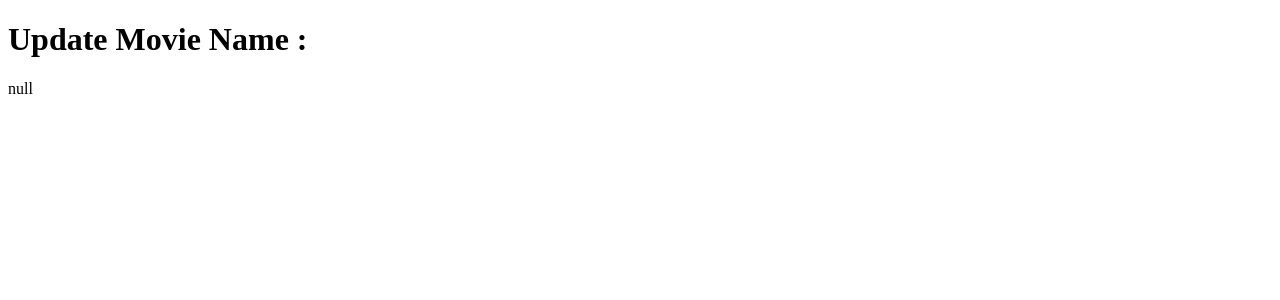
Repository: PEICHI26/Cinema
Page: http://localhost/Cinema/UpdateName.jsp
The author's editor kept a copy of each file at every save. The page is drawn from the files as they stood at one save, then again after the next save.
The browser window is 1280 px wide. The pictures show the whole page.
The page is served by Tomcat 9. Nobody is signed in. The application's start-up code is not run. Other server files are loaded and not shown.

Above is the page before, as saved 2021-12-18 08:55:46.

### Cinema/src/main/webapp/UpdateName.jsp
<%@ page language="java" contentType="text/html; charset=UTF-8"
    pageEncoding="UTF-8"%>
<!DOCTYPE html>
<html>
<head>
<meta charset="UTF-8">
<title>Update Result</title>
</head>
<body>
<jsp:useBean id="updateName" class="tw.cinema.model.Movie" scope="session" />
<h1>Update Movie Name :</h1>
<p><jsp:getProperty name="updateName" property="movie_Name" /></p>
</body>
</html>

### Cinema/src/main/java/tw/cinema/model/Movie.java
package tw.cinema.model;

import java.io.Serializable;
import java.util.Date;

import javax.persistence.Column;
import javax.persistence.Entity;
import javax.persistence.GeneratedValue;
import javax.persistence.GenerationType;
import javax.persistence.Id;
import javax.persistence.Table;

@Entity
@Table(name = "movie")
public class Movie implements Serializable {

	@Id
	@GeneratedValue(strategy = GenerationType.IDENTITY)
	@Column(name = "movie_No")
	private int movie_No;

	@Column(name = "movie_Name")
	private String movie_Name;

	@Column(name = "movie_Date")
	private Date movie_Date;

	@Column(name = "movie_Length")
	private int movie_Length;

	@Column(name = "type")
	private String type;

	@Column(name = "grading")
	private String grading;

	@Column(name = "release")
	private String release;

	@Column(name = "director")
	private String director;

	@Column(name = "actor")
	private String actor;

	@Column(name = "intro")
	private String intro;

	public Movie() {
		super();
	}

	public Movie(String movie_Name, Date movie_Date, int movie_Length, String type, String grading, String release,
			String director, String actor, String intro) {
		super();
		this.movie_Name = movie_Name;
		this.movie_Date = movie_Date;
		this.movie_Length = movie_Length;
		this.type = type;
		this.grading = grading;
		this.release = release;
		this.director = director;
		this.actor = actor;
		this.intro = intro;
	}

	public int getMovie_No() {
		return movie_No;
	}

	public void setMovie_No(int movie_No) {
		this.movie_No = movie_No;
	}

	public String getMovie_Name() {
		return movie_Name;
	}

	public void setMovie_Name(String movie_Name) {
		this.movie_Name = movie_Name;
	}

	public Date getMovie_Date() {
		return movie_Date;
	}

	public void setMovie_Date(Date movie_Date) {
		this.movie_Date = movie_Date;
	}

	public int getMovie_Length() {
		return movie_Length;
	}

	public void setMovie_Length(int movie_Length) {
		this.movie_Length = movie_Length;
	}

	public String getType() {
		return type;
	}

	public void setType(String type) {
		this.type = type;
	}

	public String getGrading() {
		return grading;
	}

	public void setGrading(String grading) {
		this.grading = grading;
	}

	public String getRelease() {
		return release;
	}

	public void setRelease(String release) {
		this.release = release;
	}

	public String getDirector() {
		return director;
	}

	public void setDirector(String director) {
		this.director = director;
	}

	public String getActor() {
		return actor;
	}

	public void setActor(String actor) {
		this.actor = actor;
	}

	public String getIntro() {
		return intro;
	}

	public void setIntro(String intro) {
		this.intro = intro;
	}


}

After the next save:
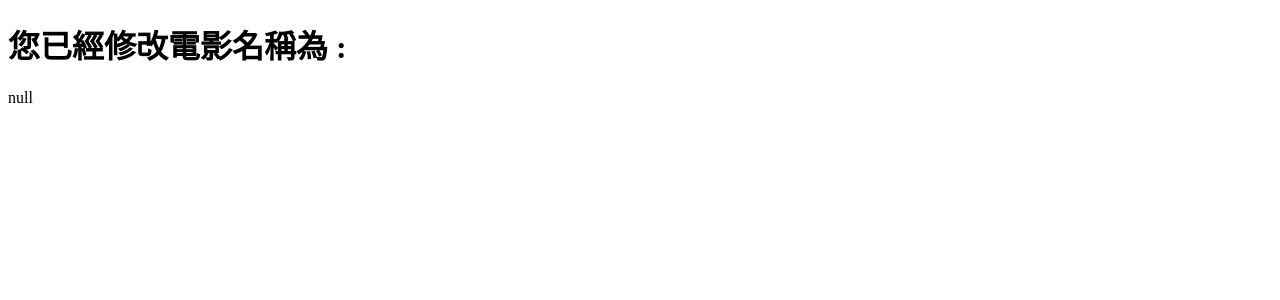
Saved 53 s later.
--- a/Cinema/src/main/webapp/UpdateName.jsp
+++ b/Cinema/src/main/webapp/UpdateName.jsp
@@ -8,7 +8,7 @@
 </head>
 <body>
 <jsp:useBean id="updateName" class="tw.cinema.model.Movie" scope="session" />
-<h1>Update Movie Name :</h1>
+<h1>您已經修改電影名稱為 :</h1>
 <p><jsp:getProperty name="updateName" property="movie_Name" /></p>
 </body>
 </html>
